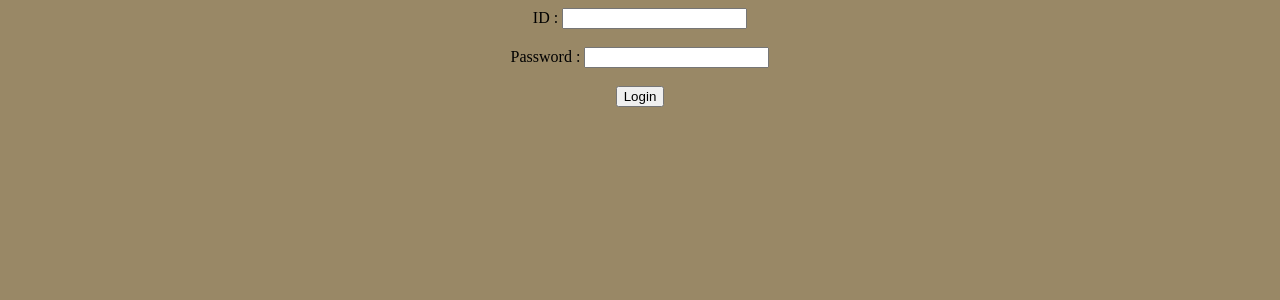
Repository: venkatasanthoshpamuru/Advance_Java_Projects
Page: First_JSP/src/main/webapp/Form.html
An editor plug-in stored every save of this project. The page is shown before and after the next save, followed by the edit.
The browser window is 1280 px wide. The pictures show the whole page.

Above is the page before, as saved 2024-03-09 07:42:09.

After the next save:
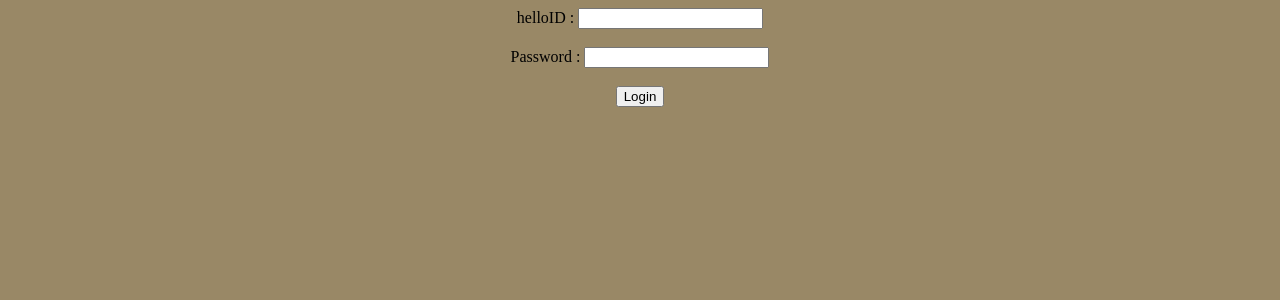
Saved 41 s later.
--- a/First_JSP/src/main/webapp/Form.html
+++ b/First_JSP/src/main/webapp/Form.html
@@ -5,7 +5,7 @@
   </head>
   <body bgcolor="#986" style="text-align: center;">
     <form method="post" action="./LoginServlet">
-     <label>ID : </label>
+     <label>helloID : </label>
      <input type="text" name="userid" id="userid" required/><br><br>
      <label>Password : </label>
      <input type="password" name="password" id="password" required/><br><br>

After the save that followed:
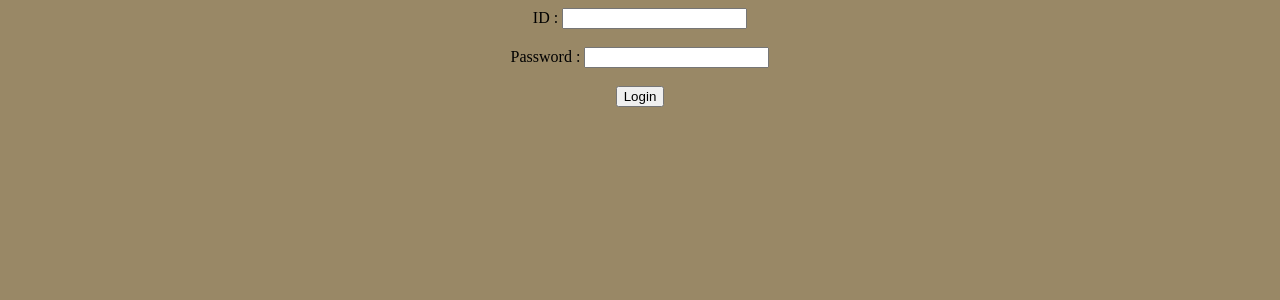
Saved 17 s later.
--- a/First_JSP/src/main/webapp/Form.html
+++ b/First_JSP/src/main/webapp/Form.html
@@ -5,7 +5,7 @@
   </head>
   <body bgcolor="#986" style="text-align: center;">
     <form method="post" action="./LoginServlet">
-     <label>helloID : </label>
+     <label>       ID : </label>
      <input type="text" name="userid" id="userid" required/><br><br>
      <label>Password : </label>
      <input type="password" name="password" id="password" required/><br><br>
